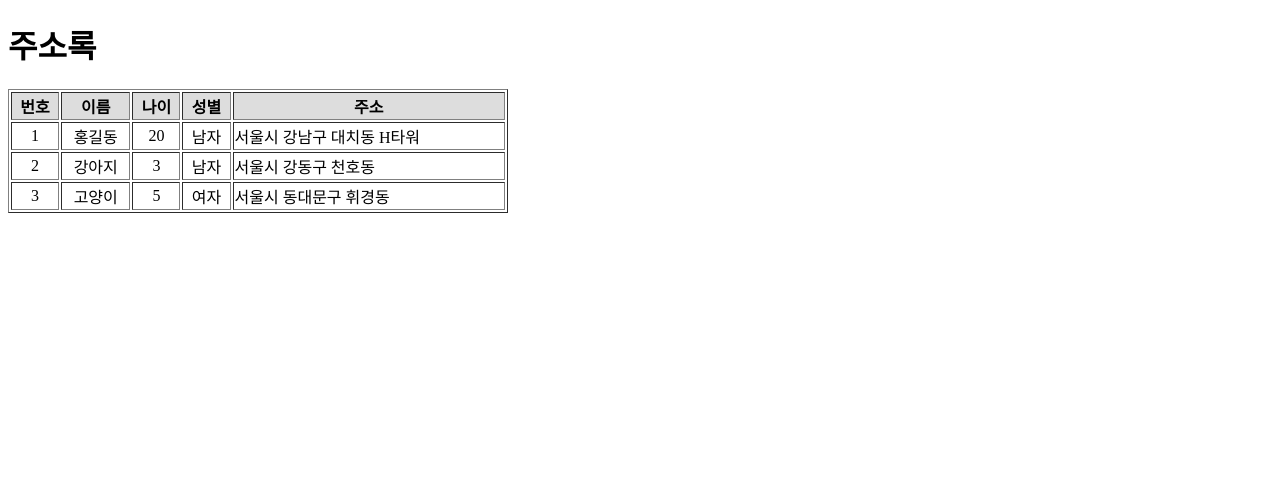
Repository: kmd192kmd/Web
Page: html/HtmlTest/src/main/webapp/ex14_table.html
The author's editor kept a copy of each file at every save. The page is drawn from the files as they stood at one save, then again after the next save.
The browser window is 1280 px wide. The pictures show the whole page.

Above is the page before, as saved 2026-02-13 05:49:30.

After the next save:
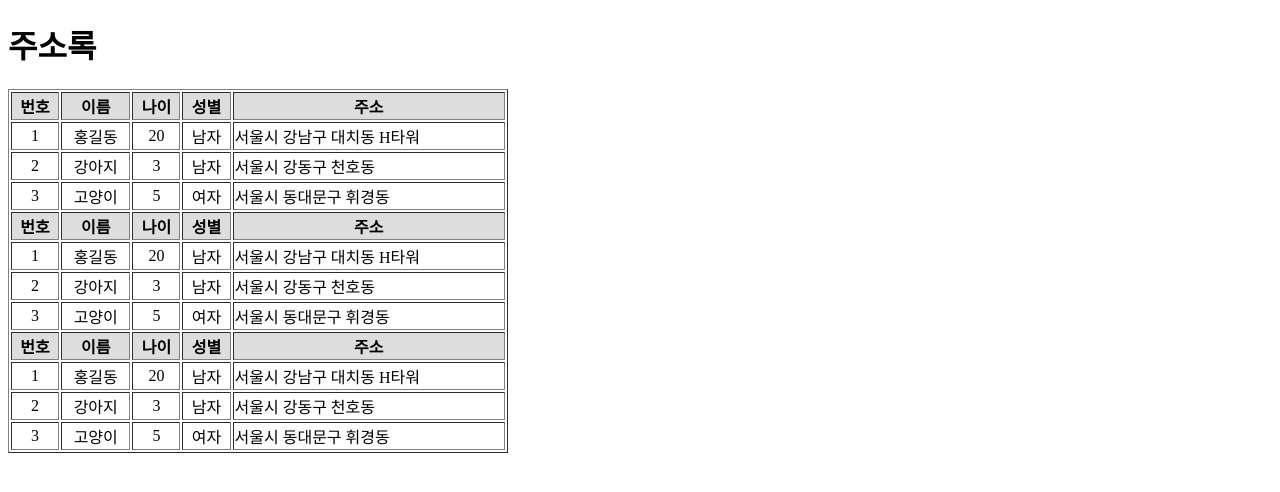
Saved 16 s later.
--- a/html/HtmlTest/src/main/webapp/ex14_table.html
+++ b/html/HtmlTest/src/main/webapp/ex14_table.html
@@ -38,5 +38,64 @@
 			<td>서울시 동대문구 휘경동</td>
 		</tr>
 
+		<tr bgcolor="#DDDDDD">
+			<td align="center"><b>번호</b></td>
+			<td align="center"><b>이름</b></td>
+			<td align="center"><b>나이</b></td>
+			<td align="center"><b>성별</b></td>
+			<td align="center"><b>주소</b></td>
+		</tr>
+		<tr>
+			<td align="center">1</td>
+			<td align="center">홍길동</td>
+			<td align="center">20</td>
+			<td align="center">남자</td>
+			<td>서울시 강남구 대치동 H타워</td>
+		</tr>
+		<tr>
+			<td align="center">2</td>
+			<td align="center">강아지</td>
+			<td align="center">3</td>
+			<td align="center"> 남자</td>
+			<td>서울시 강동구 천호동</td>
+		</tr>
+		<tr>
+			<td align="center">3</td>
+			<td align="center">고양이</td>
+			<td align="center">5</td>
+			<td align="center">여자</td>
+			<td>서울시 동대문구 휘경동</td>
+		</tr>
+
+		<tr bgcolor="#DDDDDD">
+			<td align="center"><b>번호</b></td>
+			<td align="center"><b>이름</b></td>
+			<td align="center"><b>나이</b></td>
+			<td align="center"><b>성별</b></td>
+			<td align="center"><b>주소</b></td>
+		</tr>
+		<tr>
+			<td align="center">1</td>
+			<td align="center">홍길동</td>
+			<td align="center">20</td>
+			<td align="center">남자</td>
+			<td>서울시 강남구 대치동 H타워</td>
+		</tr>
+		<tr>
+			<td align="center">2</td>
+			<td align="center">강아지</td>
+			<td align="center">3</td>
+			<td align="center"> 남자</td>
+			<td>서울시 강동구 천호동</td>
+		</tr>
+		<tr>
+			<td align="center">3</td>
+			<td align="center">고양이</td>
+			<td align="center">5</td>
+			<td align="center">여자</td>
+			<td>서울시 동대문구 휘경동</td>
+		</tr>
+
+
 </body>
 </html>
